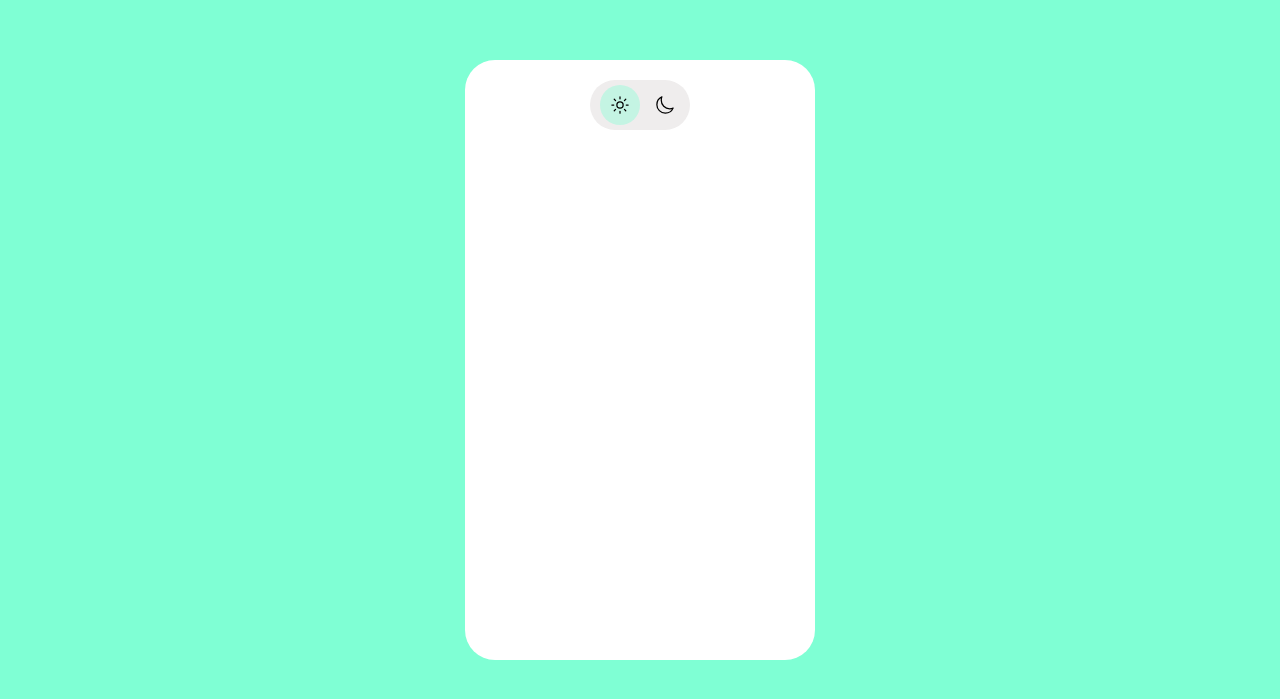
Repository: dinhtri123/caculator-app
Page: index.html
An editor plug-in stored every save of this project. The page is shown before and after a run of saves, followed by the edit.
The browser window is 1280 px wide. The pictures show the whole page.
After loading, the first visible `div.button-mode` was clicked once.

Above is the page before, as saved 2023-01-03 11:14:43.

### index.html
<!DOCTYPE html>
<html lang="en">
  <head>
    <meta charset="UTF-8" />
    <meta http-equiv="X-UA-Compatible" content="IE=edge" />
    <meta name="viewport" content="width=device-width, initial-scale=1.0" />
    <title>Caculator App</title>
    <script
      type="module"
      src="https://unpkg.com/ionicons@5.5.2/dist/ionicons/ionicons.esm.js"
    ></script>
    <script
      nomodule
      src="https://unpkg.com/ionicons@5.5.2/dist/ionicons/ionicons.js"
    ></script>
    <link rel="stylesheet" href="style.css" />
  </head>
  <body>
    <div class="wrapper">
      <div class="mode">
        <div class="button-mode light active-mode" >
          <ion-icon name="sunny-outline" class="icon-mode"></ion-icon>
        </div>
        <div class="button-mode dark" >
          <ion-icon name="moon-outline" class="icon-mode"></ion-icon>
        </div>
      </div>
      <div class="main">
        <div class="display"></div>
        <div class="button"></div>
      </div>
    </div>
  </body>
  <script src="index.js"></script>
</html>

### style.css
@import url("https://fonts.googleapis.com/css2?family=Roboto:wght@100;300;400;500;700&display=swap");
* {
  margin: 0;
  padding: 0;
  box-sizing: border-box;
  font-family: "Roboto", sans-serif;
}
body {
  width: 100%;
  min-height: 100vh;
  height: 100%;
  background-color: aquamarine;
  font-size: 16px;
  line-height: 1.5;
  font-weight: 400;
  display: flex;
  justify-content: center;
  align-items: center;
}
.wrapper {
  max-width: 350px;
  width: 100%;
  height: 600px;
  background: white;
  border-radius: 30px;
  position: relative;
}
.mode {
  position: absolute;
  top: 20px;
  left: 50%;
  transform: translateX(-50%);
  width: 100px;
  height: 50px;
  background-color: rgb(239, 237, 237);
  border-radius:30px;
  padding:0px 10px;
  display:flex;
  justify-content: space-around;
  align-items: center;
  gap:5px;
}
.light, .dark{
    display:flex;
    justify-content: center;
    align-items: center;
    padding:10px;
    border-radius: 50%;
}
.active-mode{
    background-color: rgba(127, 255, 212, 0.388);
}
.icon-mode{
    font-size: 20px;
    cursor: pointer;
}

### index.js
// mode
const btnMode = document.querySelectorAll(".button-mode");
for (let i = 0; i < btnMode.length; i++) {
  btnMode[i].addEventListener("click", function () {
    for(let j = 0; j < btnMode.length; j++){
        btnMode[j]
    }
  });
}

After the next 2 saves:
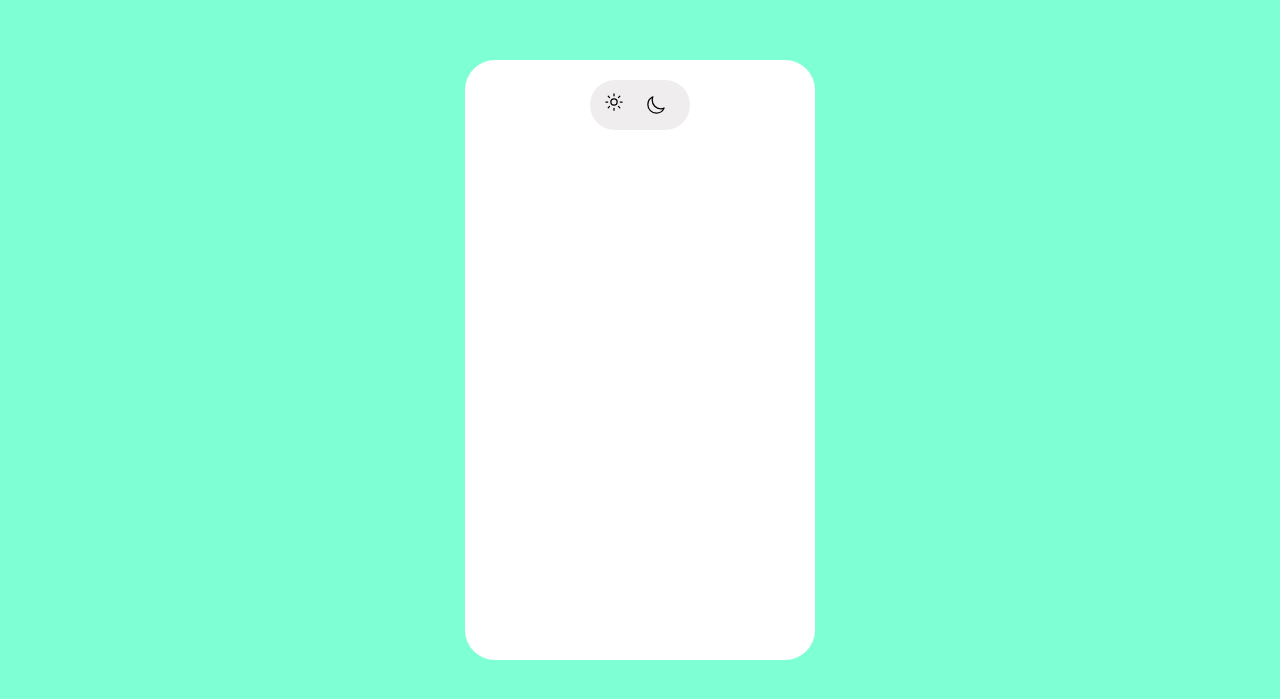
The 2 saves are shown as one change because they came seconds apart.
The last was saved 16 s later.
--- a/index.js
+++ b/index.js
@@ -3,7 +3,7 @@ const btnMode = document.querySelectorAll(".button-mode");
 for (let i = 0; i < btnMode.length; i++) {
   btnMode[i].addEventListener("click", function () {
     for(let j = 0; j < btnMode.length; j++){
-        btnMode[j]
+        btnMode[j].className = btnMode[j].className.replace(' active')
     }
   });
 }
